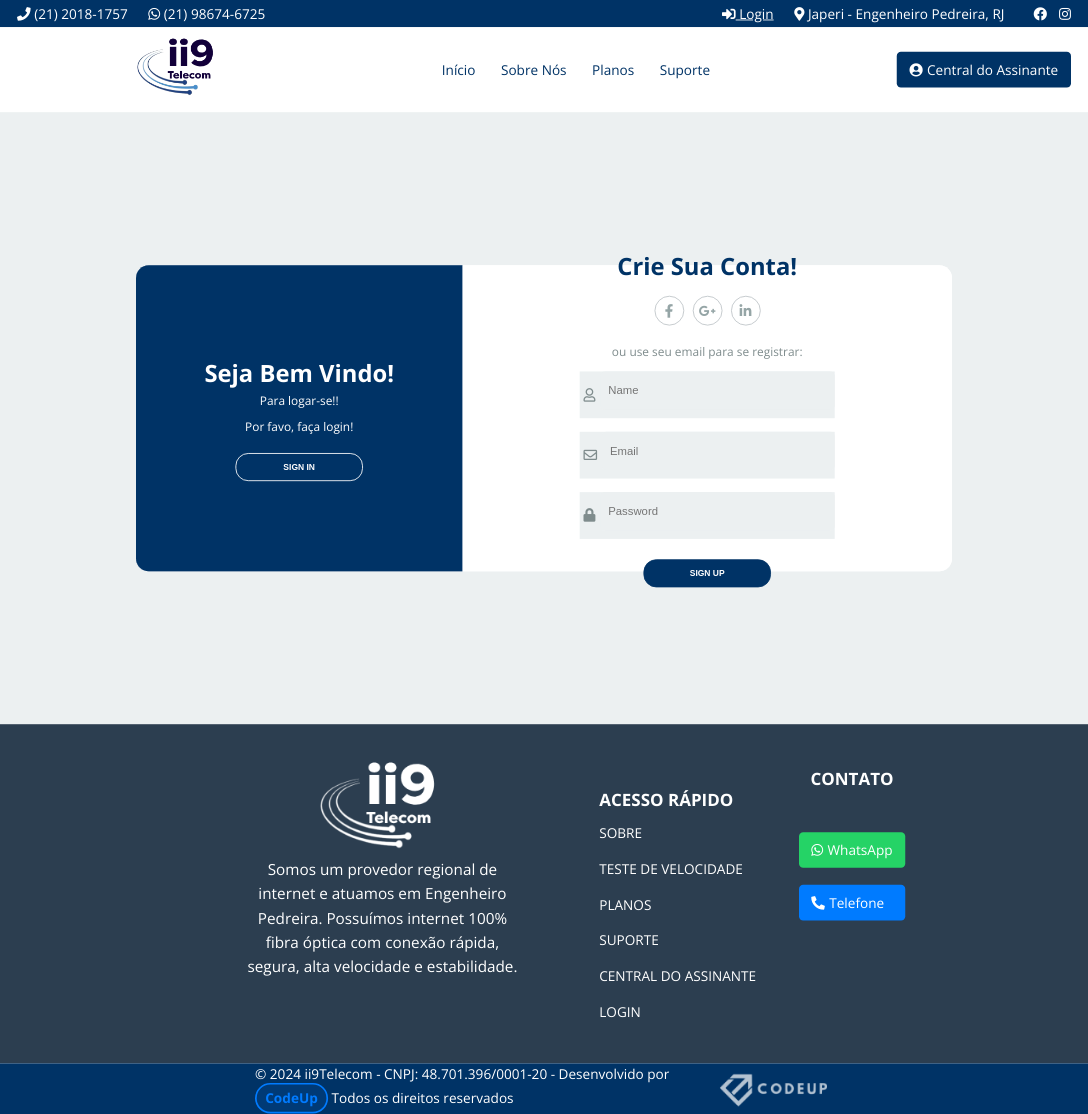
Repository: Gcodeco/ii9Telecom
Page: dist/public/screens/login.html
An editor plug-in stored every save of this project. The page is shown before and after the next save, followed by the edit.
The browser window is 1280 px wide. The pictures show the whole page, at 85% of full size.
Some web libraries are served in a nearby version.

Above is the page before, as saved 2024-10-31 20:51:42.
Console error: TypeError: Cannot read properties of null (reading 'addEventListener')

### dist/public/screens/login.html
<!DOCTYPE html>
<html lang="pt-br">
<head>
    <meta charset="UTF-8">
    <meta name="viewport" content="width=device-width, initial-scale=1.0">
    <title>ii9Telecom</title>
    <link rel="icon" href="img/fave.png" type="image/png">
    <link rel="stylesheet" href="../css/stylequemsomoslogo.css">

    <link rel="stylesheet" href="https://cdnjs.cloudflare.com/ajax/libs/font-awesome/5.15.4/css/all.min.css"> <!-- Para os ícones -->
    <link rel="stylesheet" href="https://cdnjs.cloudflare.com/ajax/libs/font-awesome/6.0.0-beta3/css/all.min.css">
    <link href="https://fonts.googleapis.com/css2?family=Roboto:wght@400;700&display=swap" rel="stylesheet">
    <link rel="stylesheet" href="../css/style.css">
    <link rel="stylesheet" href="https://use.fontawesome.com/releases/v5.8.2/css/all.css"
        integrity="sha384-oS3vJWv+0UjzBfQzYUhtDYW+Pj2yciDJxpsK1OYPAYjqT085Qq/1cq5FLXAZQ7Ay" crossorigin="anonymous">
</head>
<body>
    <header class="header-top">
        <div class="contact-info">
            <span><i class="fas fa-phone"></i> (21) 2018-1757</span>
            <span><i class="fab fa-whatsapp"></i> (21) 98674-6725</span>
        </div>
        <div class="social-info">

            <span><a href="login.html"><i class="fas fa-sign-in-alt"></i> Login</a></span>
            <span><i class="fas fa-map-marker-alt"></i> Japeri - Engenheiro Pedreira, RJ</span>
            <a href="https://facebook.com" target="_blank"><i class="fab fa-facebook"></i></a>
            <a href="https://instagram.com" target="_blank"><i class="fab fa-instagram"></i></a>
        </div>
    </header>

    <nav>
        <img src="../img/Novo Projeto.png" alt="ii9Telecom" class="logo1">
        <ul>
            <li><a href="../index.html">Início</a></li>
            <li><a href="#sobre">Sobre Nós</a></li>
            <li><a href="#planos">Planos</a></li>
            <section id="suporte">
                <li><a href="suporte">Suporte</a></li>
            </section>
        </ul>
        <section id="centraldoassinante">
        <a  href="https://ii9telecom.atlaz.com.br/central" class="subscriber-button">
            <i class="fas fa-user-circle"></i> Central do Assinante
        </a>
    </section>
    </nav>



    <div class="container">
        <div class="content first-content">
            <div class="first-column">
                <h2 class="title title-primary">Seja Bem Vindo!</h2>
                <p class="description description-primary">Para logar-se!!</p>
                <p class="description description-primary">Por favo, faça login!</p>
                <button id="signin" class="btn btn-primary">sign in</button>
            </div>
            <div class="second-column">
                <h2 class="title title-second">Crie Sua Conta!</h2>
                <div class="social-media">
                    <ul class="list-social-media">
                        <a class="link-social-media" href="#">
                            <li class="item-social-media">
                                <i class="fab fa-facebook-f"></i>
                            </li>
                        </a>
                        <a class="link-social-media" href="#">
                            <li class="item-social-media">
                                <i class="fab fa-google-plus-g"></i>
                            </li>
                        </a>
                        <a class="link-social-media" href="#">
                            <li class="item-social-media">
                                <i class="fab fa-linkedin-in"></i>
                            </li>
                        </a>
                    </ul>
                </div><!-- social media -->
                <p class="description description-second">ou use seu email para se registrar:</p>
                <form class="form">
                    <label class="label-input" for="">
                        <i class="far fa-user icon-modify"></i>
                        <input type="text" placeholder="Name">
                    </label>

                    <label class="label-input" for="">
                        <i class="far fa-envelope icon-modify"></i>
                        <input type="email" placeholder="Email">
                    </label>

                    <label class="label-input" for="">
                        <i class="fas fa-lock icon-modify"></i>
                        <input type="password" placeholder="Password">
                    </label>


                    <button class="btn btn-second">sign up</button>
                </form>
            </div><!-- second column -->
        </div><!-- first content -->
        <div class="content second-content">
            <div class="first-column">
                <h2 class="title title-primary">Olá Amigo!</h2>
                <p class="description description-primary">Insira seus dados pessoais</p>
                <p class="description description-primary">e comece a jornada conosco</p>
                <button id="signup" class="btn btn-primary">sign up</button>
            </div>
            <div class="second-column">
                <h2 class="title title-second">Faça Login na ii9TELECOM!</h2>
                <div class="social-media">
                    <ul class="list-social-media">
                        <a class="link-social-media" href="#">
                            <li class="item-social-media">
                                <i class="fab fa-facebook-f"></i>
                            </li>
                        </a>
                        <a class="link-social-media" href="#">
                            <li class="item-social-media">
                                <i class="fab fa-google-plus-g"></i>
                            </li>
                        </a>
                        <a class="link-social-media" href="#">
                            <li class="item-social-media">
                                <i class="fab fa-linkedin-in"></i>
                            </li>
                        </a>
                    </ul>
                </div><!-- social media -->
                <p class="description description-second">or use your email account:</p>
                <form class="form">

                    <label class="label-input" for="">
                        <i class="far fa-envelope icon-modify"></i>
                        <input type="email" placeholder="Email">
                    </label>

                    <label class="label-input" for="">
                        <i class="fas fa-lock icon-modify"></i>
                        <input type="password" placeholder="Password">
                    </label>

                    <a class="password" href="#">forgot your password?</a>
                    <button class="btn btn-second">sign in</button>
                </form>
            </div><!-- second column -->
        </div><!-- second-content -->
    </div>
    <script src="../js/app.js"></script>

    <section id="servicos-contato" class="faixa">
        <div class="container1">

            <div class="texto-container">
                <img src="../img/Novo Projeto.png" alt="ii9Telecom" class="logo">
                <p class="texto1">Somos um provedor regional de internet e atuamos em Engenheiro Pedreira. Possuímos internet 100% fibra óptica com conexão rápida, segura, alta velocidade e estabilidade.</p>
            </div>
            <section id="acessorapido" class="acesso-rapido">
                <p class="titulo-acesso">ACESSO RÁPIDO</p>
                <p><a href="#sobre">SOBRE</a></p>
                <p><a href="https://fast.com/pt/" target="_blank">TESTE DE VELOCIDADE</a></p>
                <p><a href="#planos">PLANOS</a></p>
                <p><a href="#suporte">SUPORTE</a></p>
                <p><a href="#centraldoassinante">CENTRAL DO ASSINANTE</a></p>
                <p><a href="#login">LOGIN</a></p>
            </section>
            <section id="contato" class="contato-rapido">
                <p class="titulo-contato">CONTATO</p>

                <div class="botoes-contato">
                    <a href="https://api.whatsapp.com/send?phone=5521996830145" class="btn-whatsapp" target="_blank">
                        <i class="fab fa-whatsapp"></i> WhatsApp
                    </a>
                    <a href="tel:+5521996830145" class="btn-telefone">
                        <i class="fas fa-phone-alt"></i> Telefone
                    </a>
                </div>
            </section>
            </div>
            </section>

        </div>
    </section>



    <footer>
        <p>© 2024 ii9Telecom  - CNPJ: 48.701.396/0001-20 - Desenvolvido por <a href="mailto:codeco.gcs@gmail.com" class="destaque">CodeUp</a> Todos os direitos reservados       </p>
                      <img src="../img/CODEUP.png" alt="codeup">
    </footer>


    <script>
        let currentSlide = 0;

        function showSlide(index) {
            const slides = document.querySelectorAll('.carousel-image');
            if (index >= slides.length) {
                currentSlide = 0;
            } else if (index < 0) {
                currentSlide = slides.length - 1;
            } else {
                currentSlide = index;
            }

            slides.forEach((slide, i) => {
                slide.classList.remove('active');
                if (i === currentSlide) {
                    slide.classList.add('active');
                }
            });
        }

        function moveSlide(direction) {
            showSlide(currentSlide + direction);
        }

        // Mudar automaticamente de slide a cada 5 segundos
        setInterval(() => {
            moveSlide(1);
        }, 5000);


        const image = document.querySelector('.about-image');

image.addEventListener('mouseover', () => {
    image.style.transform = 'rotate(-5deg)';
});

image.addEventListener('mouseout', () => {
    image.style.transform = 'rotate(5deg)';
});
    </script>
</body>
</html>

Loaded but not shown: dist/public/js/app.js (14 lines, source omitted); dist/public/css/stylequemsomoslogo.css (693 lines, source omitted); dist/public/css/style.css (516 lines, source omitted)

After the next save:
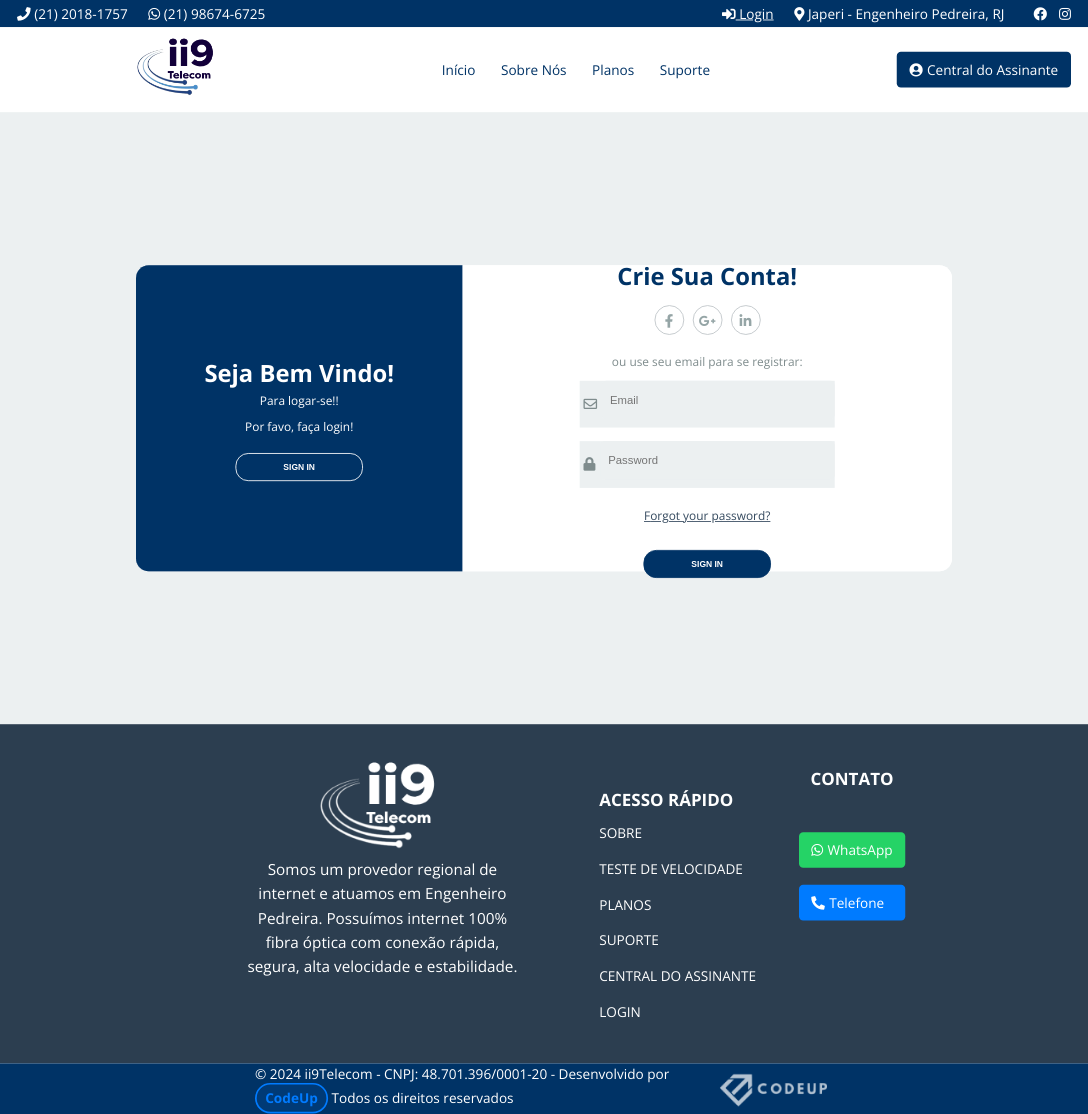
Saved 16 min 55 s later.
--- a/dist/public/screens/login.html
+++ b/dist/public/screens/login.html
@@ -78,25 +78,21 @@
                     </ul>
                 </div><!-- social media -->
                 <p class="description description-second">ou use seu email para se registrar:</p>
-                <form class="form">
-                    <label class="label-input" for="">
-                        <i class="far fa-user icon-modify"></i>
-                        <input type="text" placeholder="Name">
-                    </label>
-
+                <form class="form" id="loginForm">
                     <label class="label-input" for="">
                         <i class="far fa-envelope icon-modify"></i>
-                        <input type="email" placeholder="Email">
+                        <input type="email" id="email" placeholder="Email" required>
                     </label>
 
                     <label class="label-input" for="">
                         <i class="fas fa-lock icon-modify"></i>
-                        <input type="password" placeholder="Password">
-                    </label>
-
-
-                    <button class="btn btn-second">sign up</button>
+                        <input type="password" id="senha" placeholder="Password" required>
+                    </label>
+
+                    <a class="password" href="#">forgot your password?</a>
+                    <button type="submit" class="btn btn-second">sign in</button>
                 </form>
+
             </div><!-- second column -->
         </div><!-- first content -->
         <div class="content second-content">

After the 2 saves that followed:
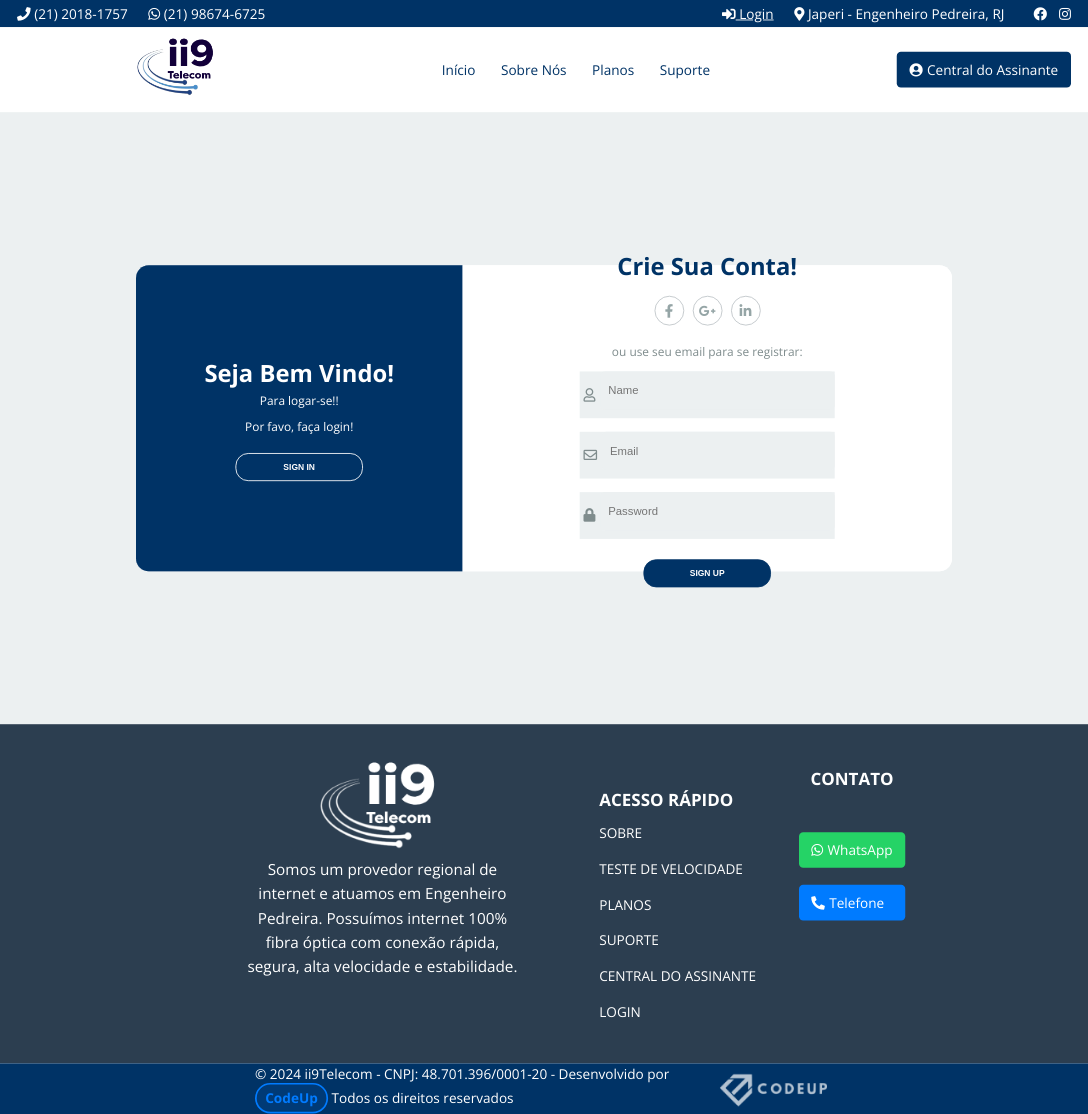
The 2 saves are shown as one change because 1 left the picture as it was.
The last was saved 58 s later.
--- a/dist/public/screens/login.html
+++ b/dist/public/screens/login.html
@@ -78,21 +78,25 @@
                     </ul>
                 </div><!-- social media -->
                 <p class="description description-second">ou use seu email para se registrar:</p>
-                <form class="form" id="loginForm">
+                <form class="form">
+                    <label class="label-input" for="">
+                        <i class="far fa-user icon-modify"></i>
+                        <input type="text" placeholder="Name">
+                    </label>
+
                     <label class="label-input" for="">
                         <i class="far fa-envelope icon-modify"></i>
-                        <input type="email" id="email" placeholder="Email" required>
+                        <input type="email" placeholder="Email">
                     </label>
 
                     <label class="label-input" for="">
                         <i class="fas fa-lock icon-modify"></i>
-                        <input type="password" id="senha" placeholder="Password" required>
-                    </label>
-
-                    <a class="password" href="#">forgot your password?</a>
-                    <button type="submit" class="btn btn-second">sign in</button>
+                        <input type="password" placeholder="Password">
+                    </label>
+
+
+                    <button class="btn btn-second">sign up</button>
                 </form>
-
             </div><!-- second column -->
         </div><!-- first content -->
         <div class="content second-content">
